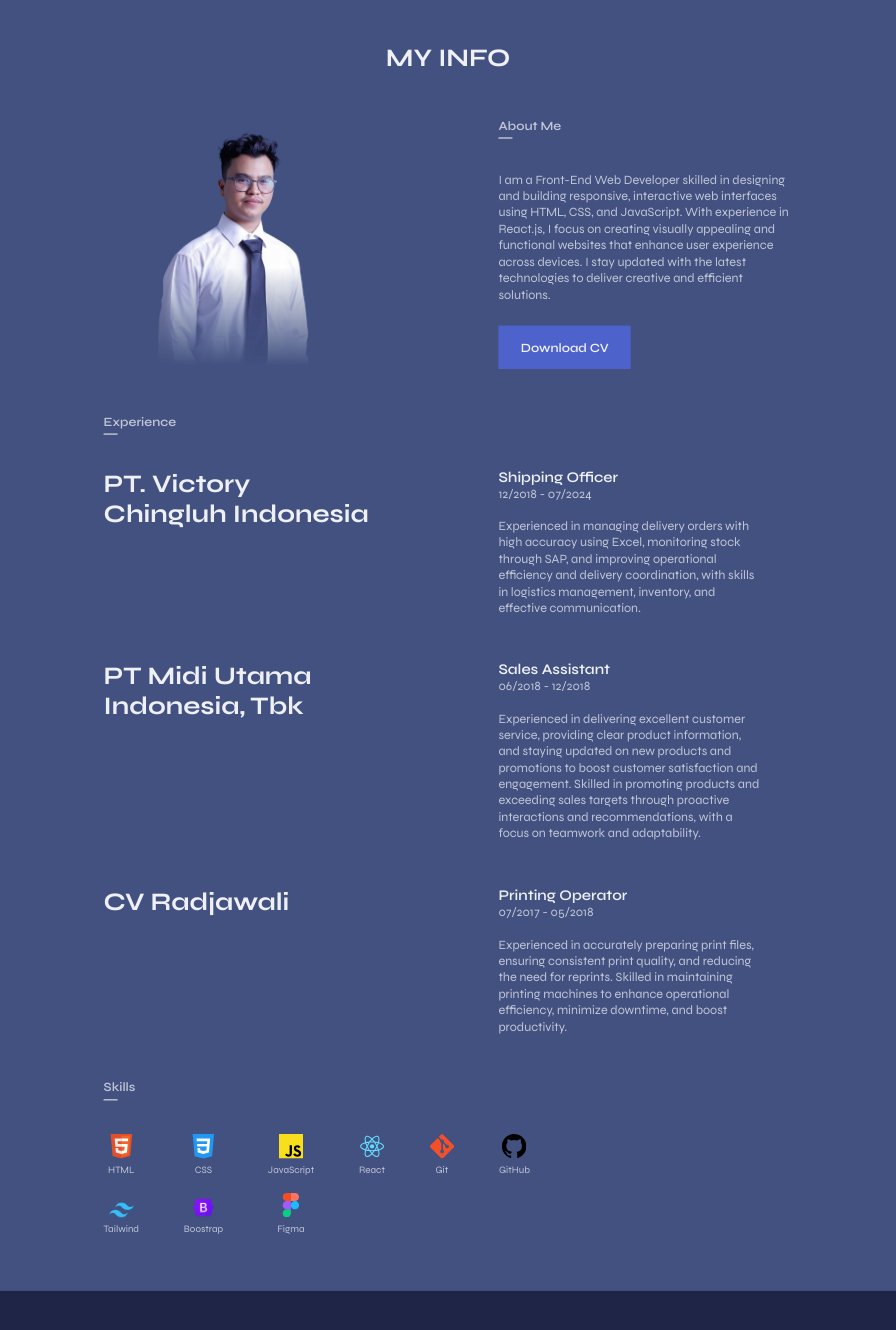
Repository: Ademaulana100499/portofolio
Page: index.html
The author's editor kept a copy of each file at every save. The page is drawn from the files as they stood at one save, then again after the next save.
The browser window is 1280 px wide. The pictures show the part of the page from y = 2773 to 4673 px (the page is 6336 px tall), at 70% of full size.
A picture or video elsewhere on the page could not be fetched, so the positions and the page height are approximate. Some web fonts or font styles are not loaded; a fallback is used.

Above is the page before, as saved 2024-12-02 13:20:39.

After the next save:
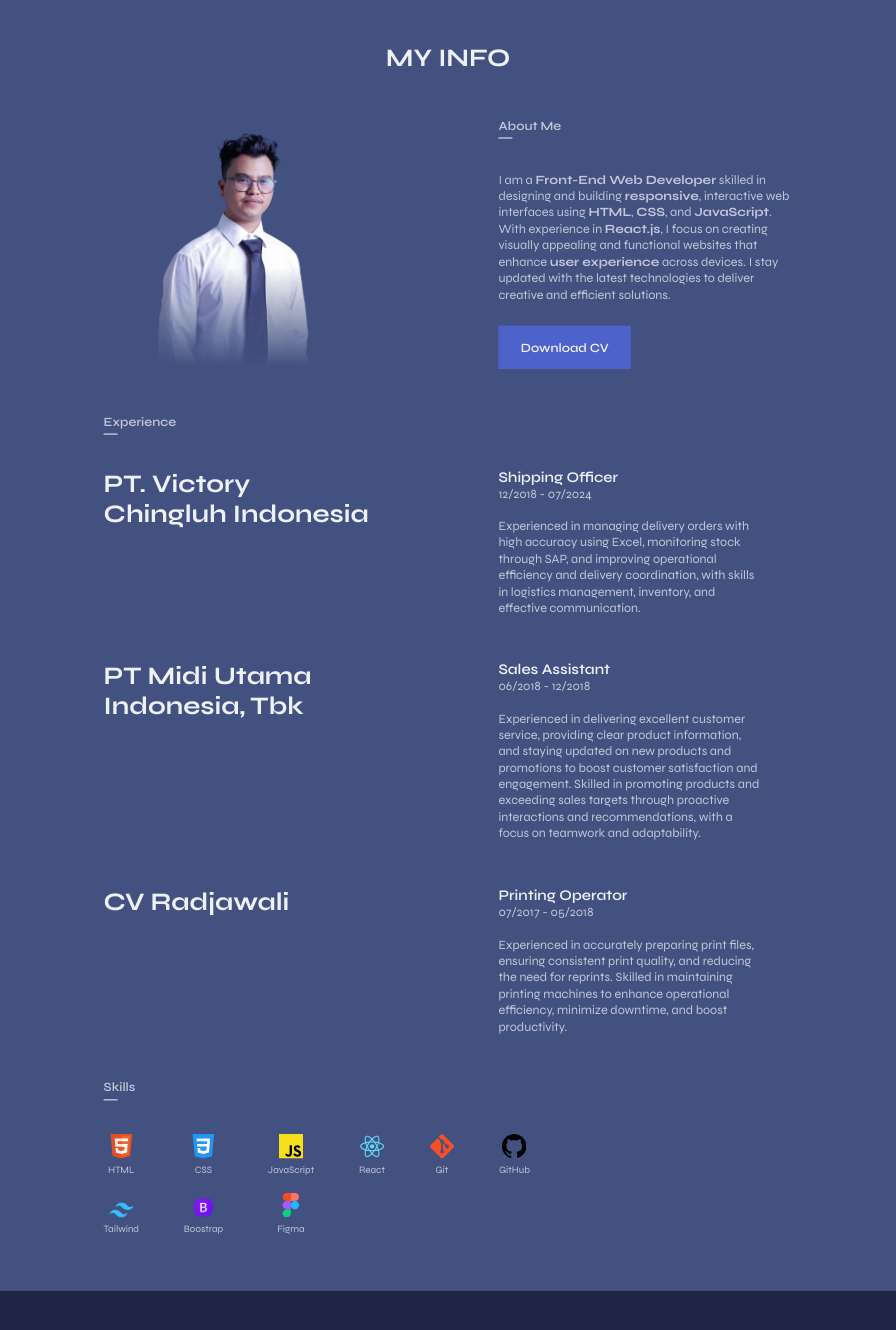
Saved 113 s later.
--- a/index.html
+++ b/index.html
@@ -173,13 +173,17 @@
             <div class="about__content">
               <h3 class="info__title">About Me</h3>
               <p class="about__description">
-                I am a Front-End Web Developer skilled in designing and building
-                responsive, interactive web interfaces using HTML, CSS, and
-                JavaScript. With experience in React.js, I focus on creating
-                visually appealing and functional websites that enhance user
-                experience across devices. I stay updated with the latest
-                technologies to deliver creative and efficient solutions.
-              </p>
+                I am a <strong>Front-End Web Developer</strong> skilled in
+                designing and building <strong>responsive</strong>, interactive
+                web interfaces using <strong>HTML</strong>,
+                <strong>CSS</strong>, and <strong>JavaScript</strong>. With
+                experience in <strong>React.js</strong>, I focus on creating
+                visually appealing and functional websites that enhance
+                <strong>user experience</strong> across devices. I stay updated
+                with the latest technologies to deliver creative and efficient
+                solutions.
+              </p>
+
               <a
                 href="assets/pdf/CV Ade Maulana.pdf"
                 download="CV Ade Maulana.pdf"
